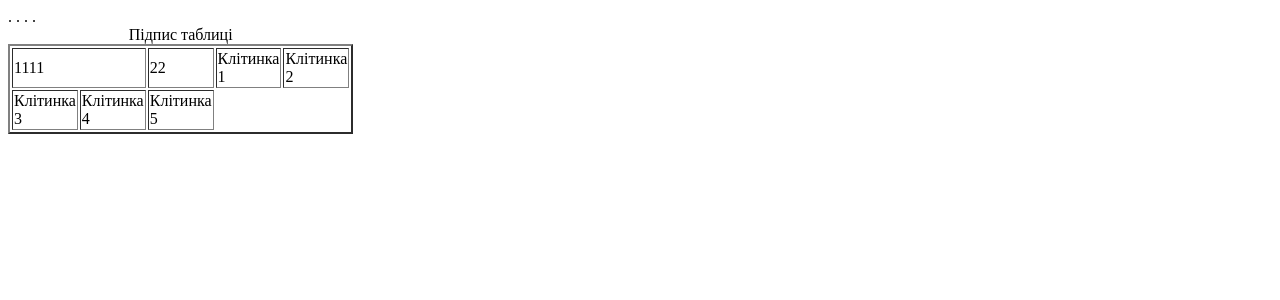
Repository: KseniaMakara/Web
Page: tables/index.html
These files come from the project's save history. The page is drawn as it stood at one moment and after the next save; the edit follows.
The browser window is 1280 px wide. The pictures show the whole page.

Above is the page before, as saved 2021-02-14 12:12:25.

### tables/index.html
<table border="2px" width="300px">
    <caption>Підпис таблиці</caption>
    <tr>
    <td colspan="2"> 1111 </td>
    <td> 22 </td>
    <td colspan="3"> Клітинка 1 </td>
    <td> Клітинка 2 </td>
    </tr>
    <tr>
    <td> Клітинка 3 </td>
    <td> Клітинка 4 </td>
    <td> Клітинка 5 </td>
    </tr>
    . . . .
    </table>

After the next save:
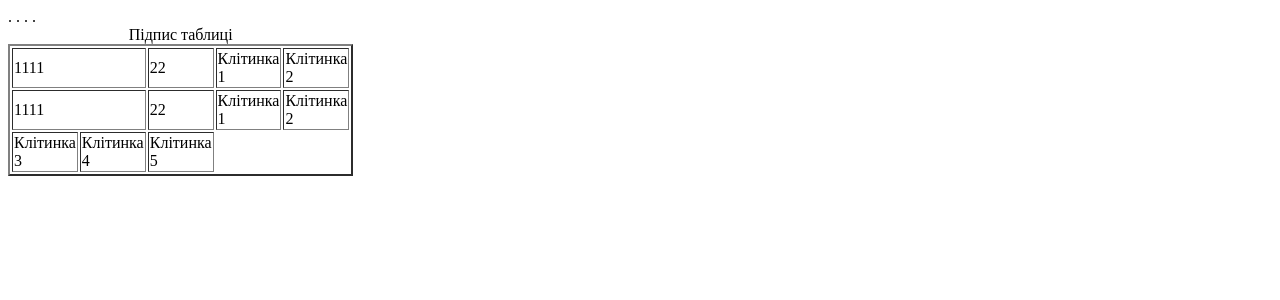
Saved 64 s later.
--- a/tables/index.html
+++ b/tables/index.html
@@ -1,5 +1,11 @@
 <table border="2px" width="300px">
     <caption>Підпис таблиці</caption>
+    <tr>
+    <td colspan="2"> 1111 </td>
+    <td> 22 </td>
+    <td colspan="3"> Клітинка 1 </td>
+    <td> Клітинка 2 </td>
+    </tr>
     <tr>
     <td colspan="2"> 1111 </td>
     <td> 22 </td>
